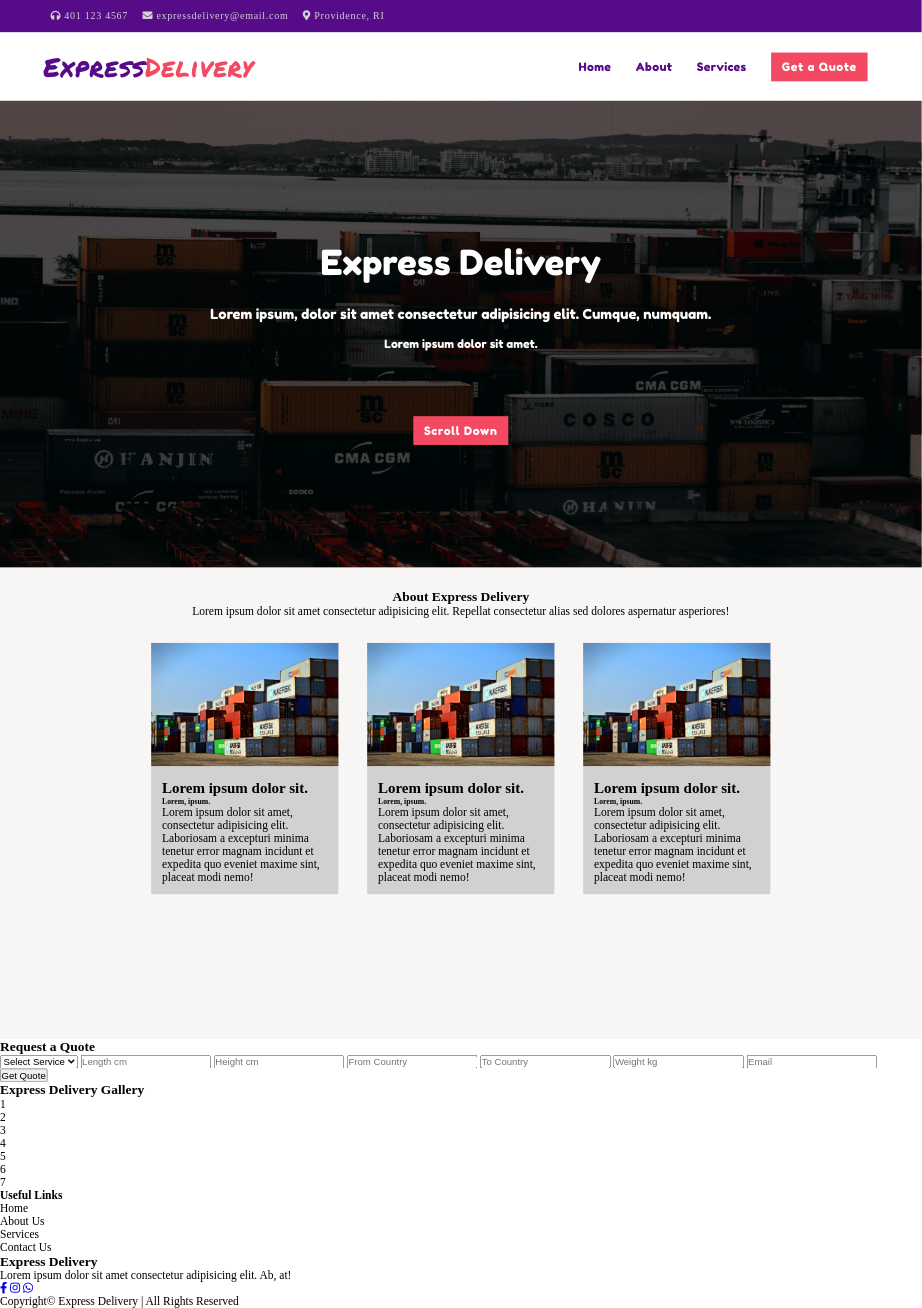
Repository: just-mann/express-delivery
Page: index.html
An editor plug-in stored every save of this project. The page is shown before and after the next save, followed by the edit.
The browser window is 1280 px wide. The pictures show the whole page, at 72% of full size.
The style sheet was rebuilt from its Sass, Less or Tailwind sources for each picture, by a compiler version that may differ from the author's.

Above is the page before, as saved 2021-06-30 14:33:34.

After the next save:
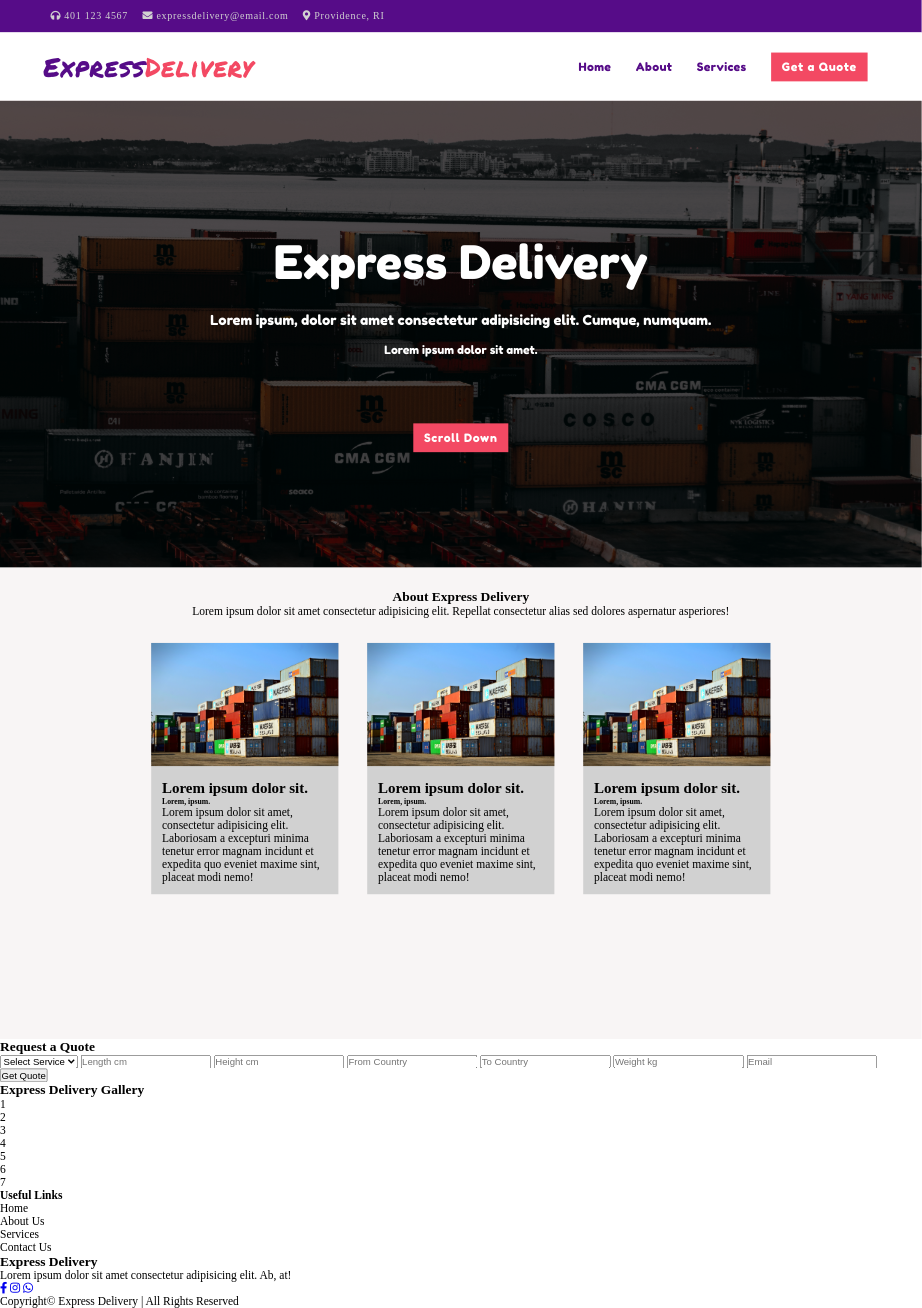
Saved 5 s later.
--- a/Sass/style.scss
+++ b/Sass/style.scss
@@ -114,7 +114,7 @@ header {
                 text-align: center;
 
                 h2 {
-                    font-size: 3rem;
+                    font-size: 4rem;
                     margin-top: 30px;
                     font-family: $secondary__font;
                     font-weight: 100;
